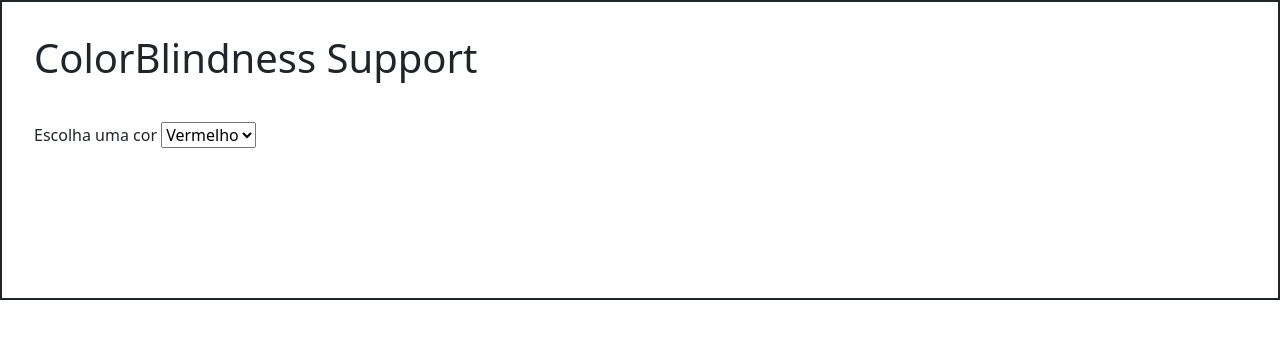
Repository: pedrosiqueira/daltonchrome
Page: popup.html
The author's editor kept a copy of each file at every save. The page is drawn from the files as they stood at one save, then again after the next save.
The browser window is 1280 px wide. The pictures show the whole page.

Above is the page before, as saved 2022-06-17 13:07:15.

After the next save:
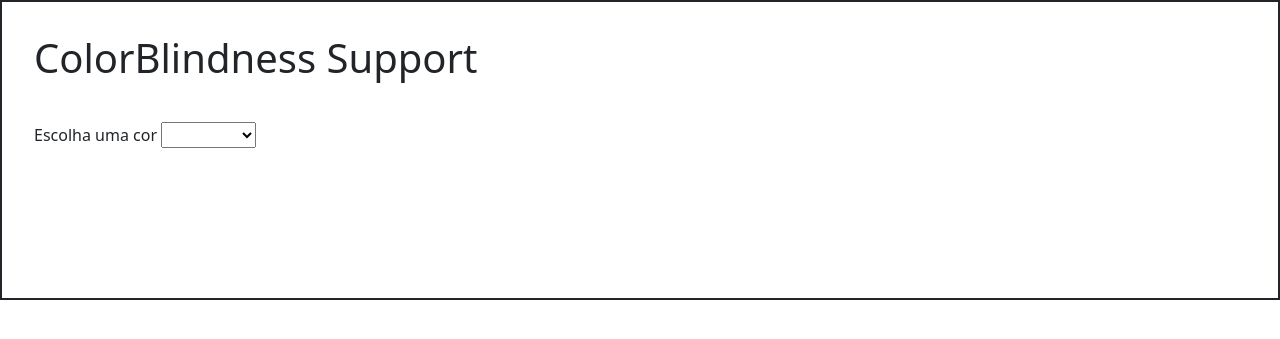
Saved 30 s later.
--- a/popup.html
+++ b/popup.html
@@ -30,6 +30,7 @@
         <label for="cores">Escolha uma cor</label>
 
         <select name="cores" id="cores">
+            <option value="#"> </option>
             <option value="red">Vermelho</option>
             <option value="green">Verde</option>
             <option value="blue">Azul</option>
